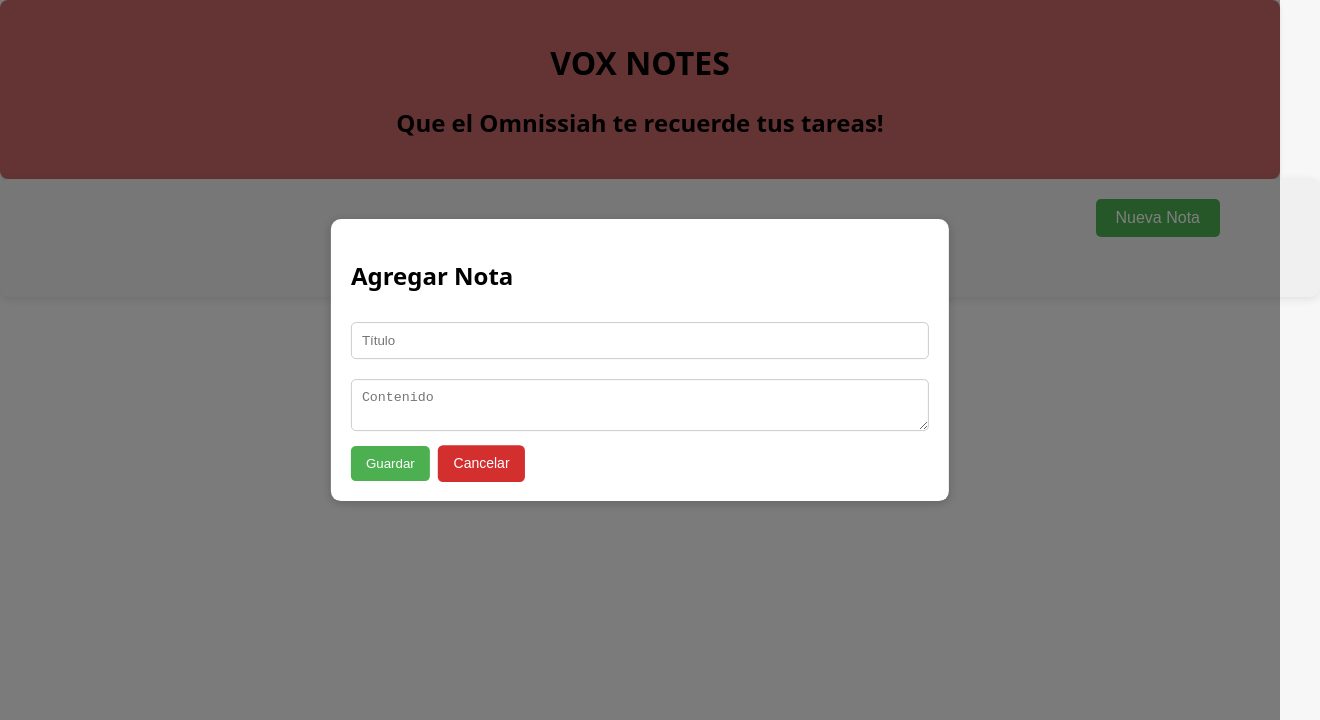
Repository: xunxuno/aplicacion_web_notas
Page: / (app in notas_web_app/), after clicking the first element matching `button.add-note-button`
The author's editor kept a copy of each file at every save. The page is drawn from the files as they stood at one save, then again after the next save.
The browser window is 1280 px wide. The page is 1320 px wide, so the pictures cover 1320 px, including what lies to the right of the window. The pictures show the whole page.
The pointer rests on the first visible `.modal-content .cancel-button`.
The project was rebuilt for these pictures with package versions that can differ from the ones it lists, and the page was loaded fresh each time. Also part of the build but not shown: notas_web_app/vite.config.ts, notas_web_app/src/components/Note.tsx, notas_web_app/src/components/NoteCollection.tsx.

Above is the page before, as saved 2024-10-03 12:46:42.

After the next save:
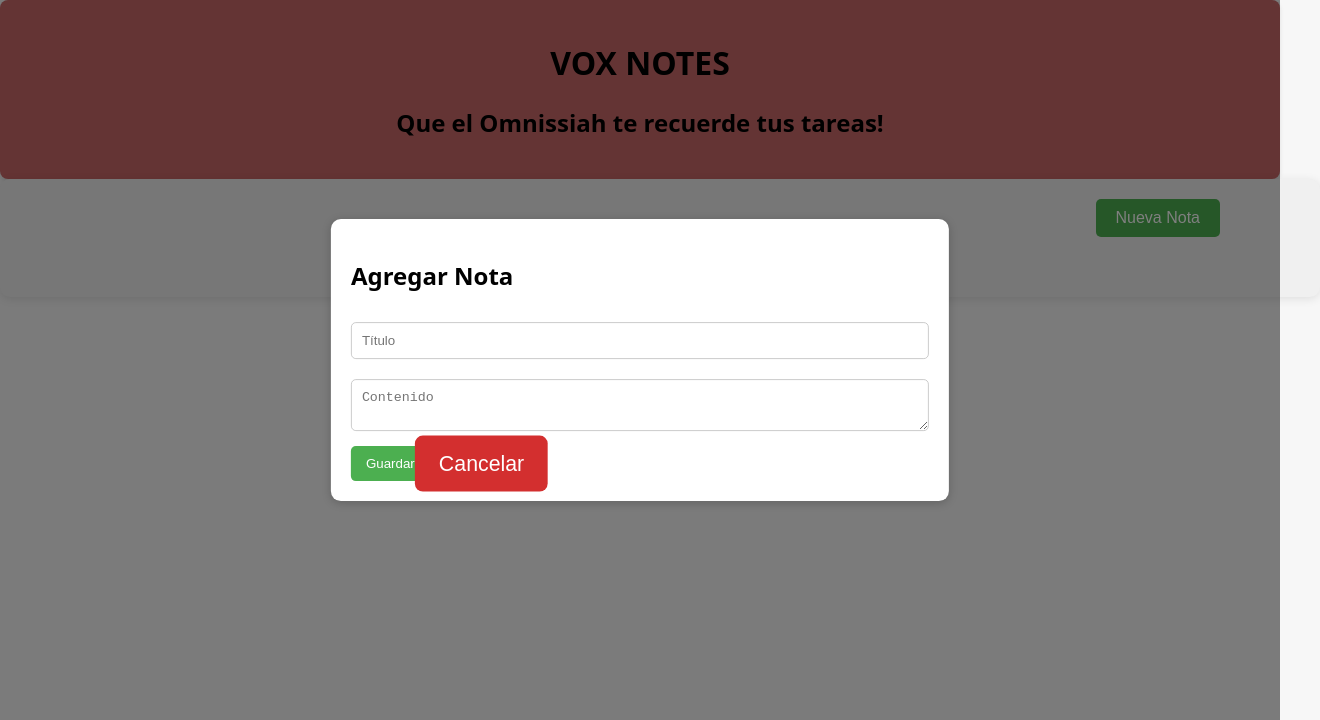
Saved 18 s later.
--- a/notas_web_app/src/styles.css
+++ b/notas_web_app/src/styles.css
@@ -189,7 +189,7 @@ body {
 /* Efecto hover para el botón de cancelar en el modal */
 .modal-content .cancel-button:hover {
   background-color: #d32f2f; /* Color más oscuro al pasar el mouse */
-  transform: scale(1.05); /* Efecto de zoom al pasar el mouse */
+  transform: scale(1.6); /* Efecto de zoom al pasar el mouse */
 }
 
 
